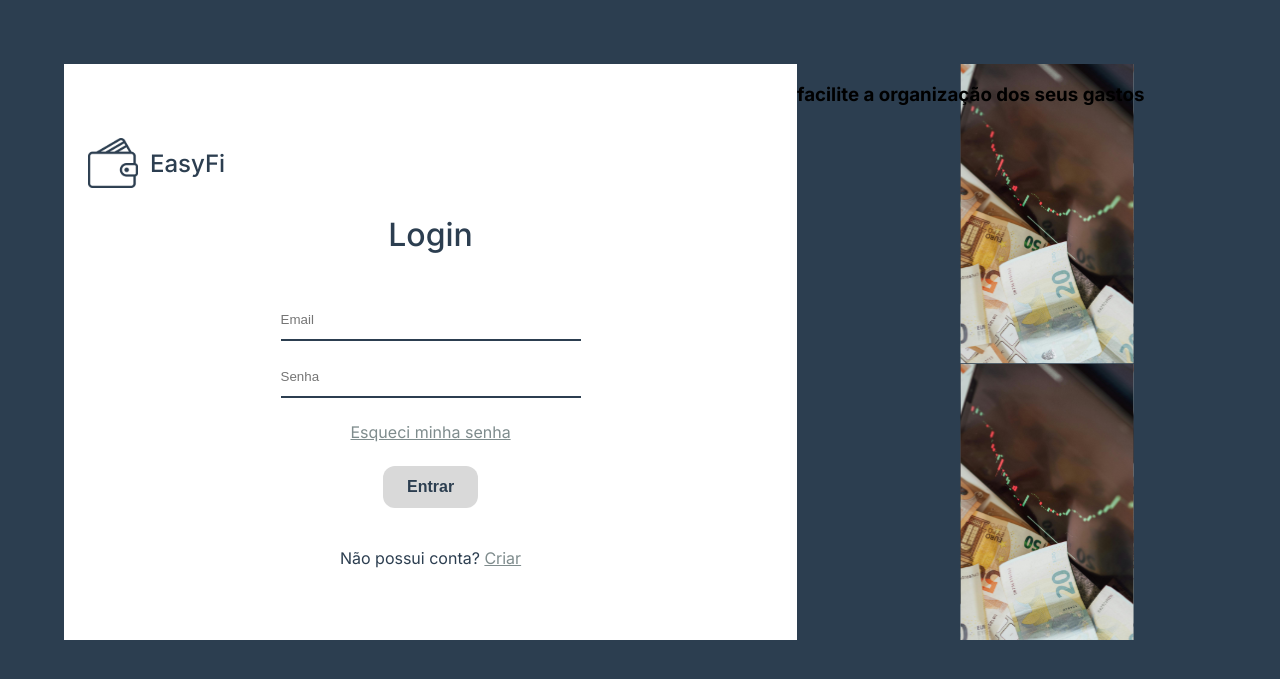
Repository: Ingridiag/projeto-engenharia
Page: login.html
The author's editor kept a copy of each file at every save. The page is drawn from the files as they stood at one save, then again after a run of saves.
The browser window is 1280 px wide. The pictures show the whole page.

Above is the page before, as saved 2024-10-28 17:05:34.

After the next 4 saves:
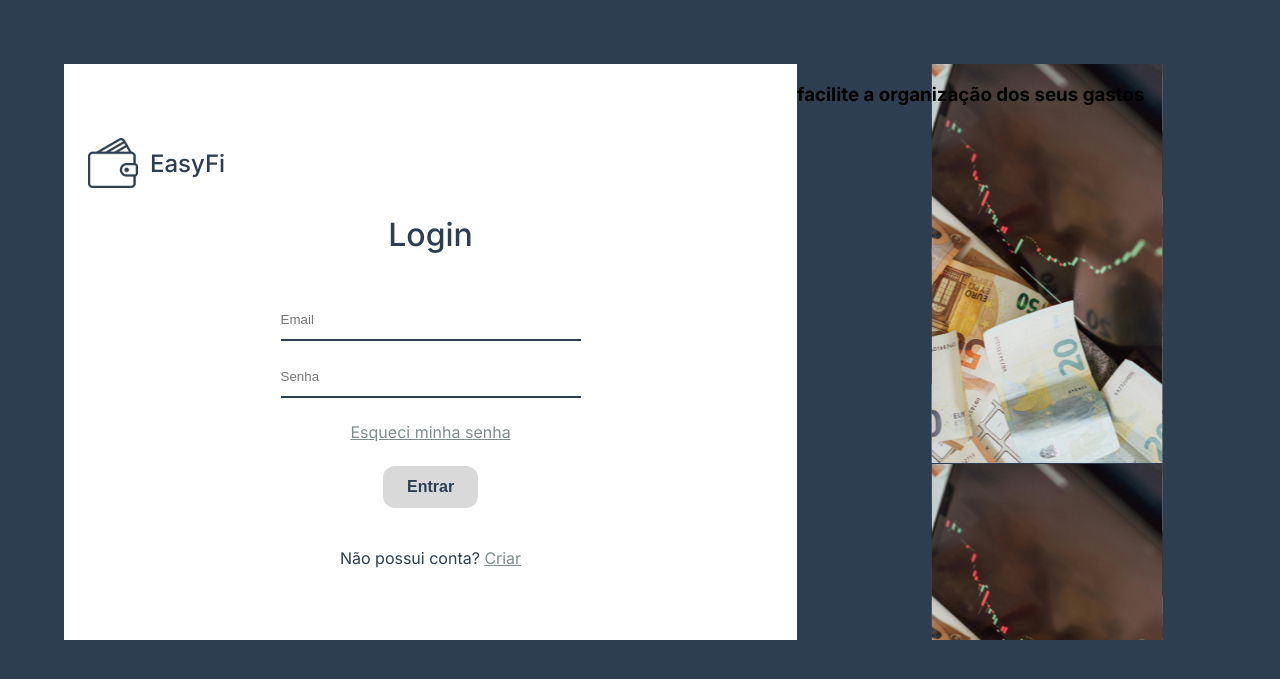
The 4 saves are shown as one change because they came seconds apart.
The last was saved 12 s later.
--- a/style.css
+++ b/style.css
@@ -102,7 +102,7 @@ body {
   width: 40%;
   height: 80vh;
   background-image: url( imagens/imagem_background.svg);
-  background-size: 500px 300px;
+  background-size: 500px 400px;
 }
 
 .cadastro {
